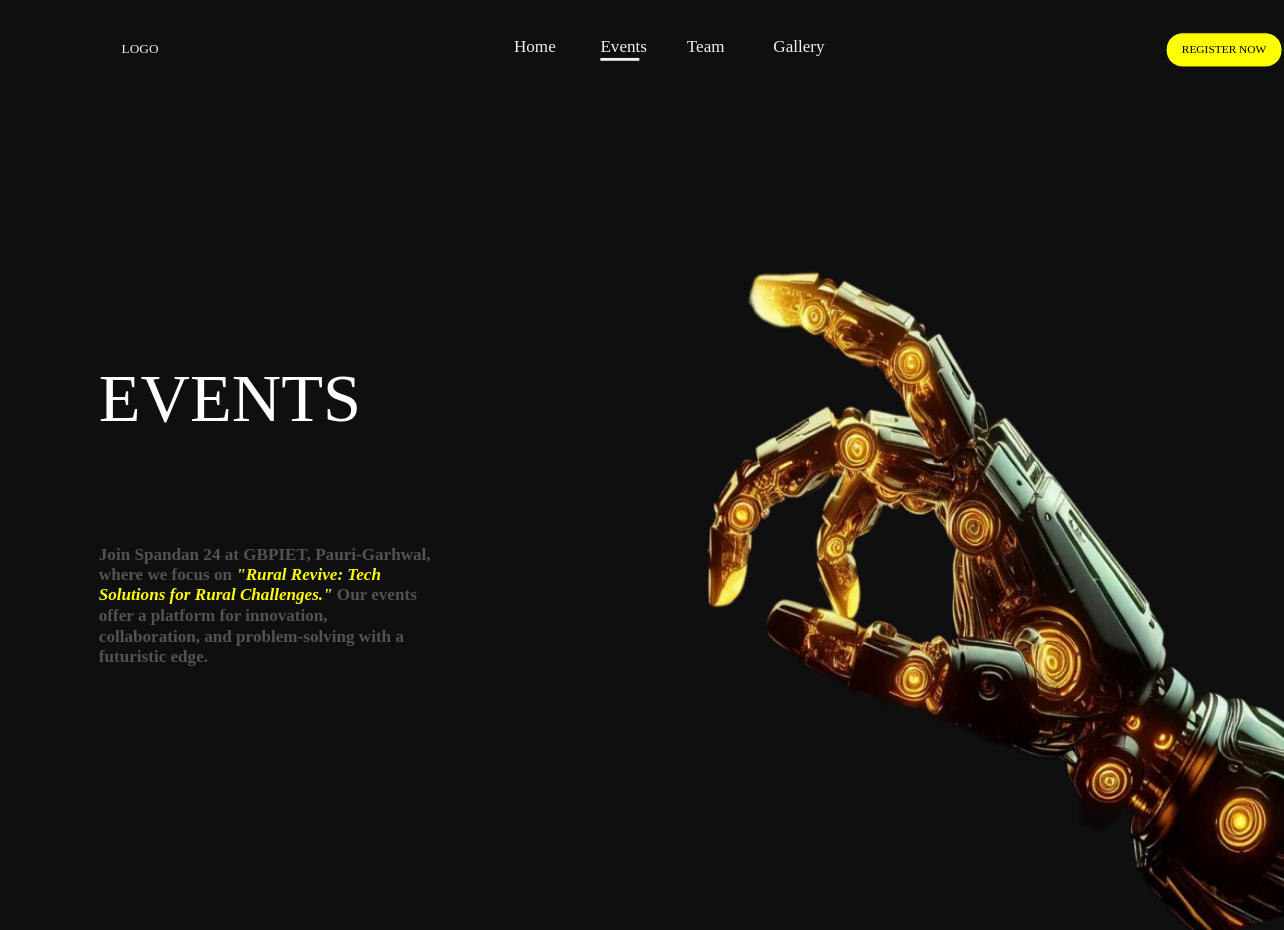
Repository: s4bbi/spandan-3.0
Page: /
These files come from the project's save history. The page is drawn as it stood at one moment and after the next save; the edit follows.
The browser window is 1280 px wide. The page is 1352 px wide, then 1350 px, so the pictures cover 1352 px, including what lies to the right of the window. The pictures show the whole page, at 95% of full size.
The project was rebuilt for these pictures with package versions that can differ from the ones it lists, and the page was loaded fresh each time. Also part of the build but not shown: vite.config.js, src/pages/Events/Events.jsx.

Above is the page before, as saved 2024-11-02 14:04:59.

After the next save:
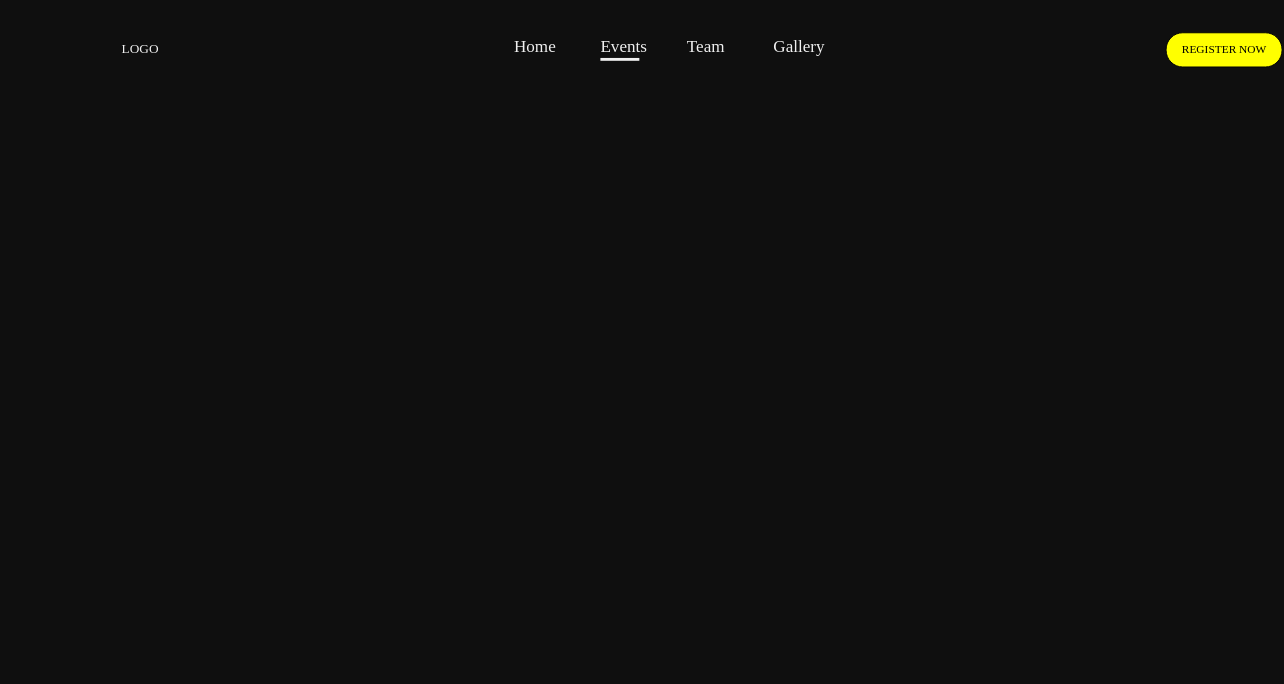
Saved 30 min 10 s later.
--- a/src/pages/Home/Home.jsx
+++ b/src/pages/Home/Home.jsx
@@ -4,7 +4,6 @@
 const Home = () => {
   return (
     <div>
-      {<HeroSection/>}
     </div>
   )
 }
